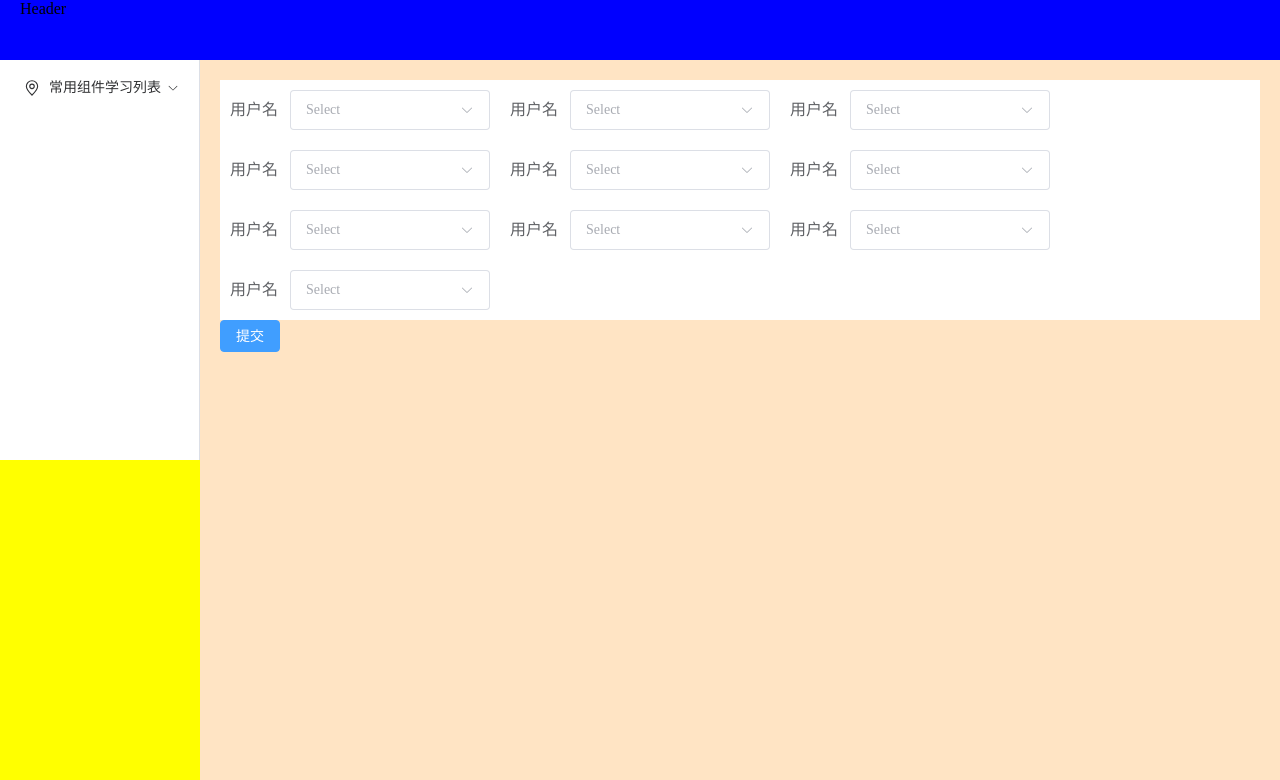
Repository: 553559555/vue3-project
Page: /#/home (app in vue3-app/)
The author's editor kept a copy of each file at every save. The page is drawn from the files as they stood at one save, then again after the next save.
The browser window is 1280 px wide. The pictures show the whole page.
The project was rebuilt for these pictures with package versions that can differ from the ones it lists, and the page was loaded fresh each time. Also part of the build but not shown: vue3-app/vite.config.ts.

Above is the page before, as saved 2025-03-24 10:20:27.

### vue3-app/src/main.ts
import { createApp } from 'vue'
import ElementPlus from 'element-plus'
import 'element-plus/dist/index.css'
import router from './router'
import pinia from './stores'
import './style.css'
import App from './App.vue'

const app = createApp(App)
app.use(ElementPlus)
app.use(router)
app.use(pinia)

app.mount('#app')

### vue3-app/src/router/index.ts
import { createRouter, createWebHashHistory, createWebHistory } from 'vue-router'
import type { RouteRecordRaw } from 'vue-router'

const routes: Array<RouteRecordRaw> = [
  {
    path: '/',
    name: 'Login',
    component: () => import('../views/login.vue')
  },
  {
    path: '/index',
    name: 'index',
    component: () => import('../views/index.vue'),
    children: [
      {
        path: '/home',
        name: 'Home',
        component: () => import('../views/Home.vue')
      },
      {
        path: '/about',
        name: 'About',
        component: () => import('../views/About.vue')
      }
    ]
  }

]

const router = createRouter({
  history: createWebHashHistory(),
  routes
})

export default router

### vue3-app/src/stores/index.ts
import { createPinia } from 'pinia'

const pinia = createPinia()

export default pinia

### vue3-app/src/style.css
/* CSS 重置 */
* {
  margin: 0;
  padding: 0;
  box-sizing: border-box;
}

### vue3-app/src/App.vue
<script setup lang="ts">
import { RouterView } from 'vue-router'
</script>

<template>
    <router-view />
</template>

### vue3-app/src/views/index.vue
<template>
    <el-container class="container">
        <el-header>Header</el-header>
        <el-container>
            <el-aside width="200px">
                <home-left/>
            </el-aside>
            <el-main>
                <router-view>
                </router-view>
            </el-main>
        </el-container>
    </el-container>
</template>

<script setup>

import { RouterView } from 'vue-router'
import HomeLeft from './components/home-left.vue'

</script>



<style scoped lang="scss">

.container {
    width: 100vw;
    height: 100vh;

    .el-header {
        background-color: blue;
    }

    .el-container {
        background-color: aqua;

        .el-aside {
            background-color: yellow;
        }

        .el-main {
            background-color: bisque;
        }

    }

}

</style>

### vue3-app/src/views/Home.vue
<template>
  <div class="home">
    <el-form-item label="用户名" class="item-container">
      <el-select class="m-2" size="large" v-model="checkList" placeholder="Select" multiple @change="handleChange">
        <el-option-group v-for="items in selectList" :label="items.label" :key="items.label">
          <el-option v-for="item in items.options" :label="item.label" :key="item.label"
            :value="item.value"></el-option>
        </el-option-group>

      </el-select>
    </el-form-item>

    <el-form-item label="用户名" class="item-container">
      <el-select class="m-2" size="large" v-model="checkList" placeholder="Select" multiple @change="handleChange">
        <el-option-group v-for="items in selectList" :label="items.label" :key="items.label">
          <el-option v-for="item in items.options" :label="item.label" :key="item.label"
            :value="item.value"></el-option>
        </el-option-group>

      </el-select>
    </el-form-item>

    <el-form-item label="用户名" class="item-container">
      <el-select class="m-2" size="large" v-model="checkList" placeholder="Select" multiple @change="handleChange">
        <el-option-group v-for="items in selectList" :label="items.label" :key="items.label">
          <el-option v-for="item in items.options" :label="item.label" :key="item.label"
            :value="item.value"></el-option>
        </el-option-group>

      </el-select>
    </el-form-item>

    <el-form-item label="用户名" class="item-container">
      <el-select class="m-2" size="large" v-model="checkList" placeholder="Select" multiple @change="handleChange">
        <el-option-group v-for="items in selectList" :label="items.label" :key="items.label">
          <el-option v-for="item in items.options" :label="item.label" :key="item.label"
            :value="item.value"></el-option>
        </el-option-group>

      </el-select>
    </el-form-item>

    <el-form-item label="用户名" class="item-container">
      <el-select class="m-2" size="large" v-model="checkList" placeholder="Select" multiple @change="handleChange">
        <el-option-group v-for="items in selectList" :label="items.label" :key="items.label">
          <el-option v-for="item in items.options" :label="item.label" :key="item.label"
            :value="item.value"></el-option>
        </el-option-group>

      </el-select>
    </el-form-item>

    <el-form-item label="用户名" class="item-container">
      <el-select class="m-2" size="large" v-model="checkList" placeholder="Select" multiple @change="handleChange">
        <el-option-group v-for="items in selectList" :label="items.label" :key="items.label">
          <el-option v-for="item in items.options" :label="item.label" :key="item.label"
            :value="item.value"></el-option>
        </el-option-group>

      </el-select>
    </el-form-item>

    <el-form-item label="用户名" class="item-container">
      <el-select class="m-2" size="large" v-model="checkList" placeholder="Select" multiple @change="handleChange">
        <el-option-group v-for="items in selectList" :label="items.label" :key="items.label">
          <el-option v-for="item in items.options" :label="item.label" :key="item.label"
            :value="item.value"></el-option>
        </el-option-group>

      </el-select>
    </el-form-item>

    <el-form-item label="用户名" class="item-container">
      <el-select class="m-2" size="large" v-model="checkList" placeholder="Select" multiple @change="handleChange">
        <el-option-group v-for="items in selectList" :label="items.label" :key="items.label">
          <el-option v-for="item in items.options" :label="item.label" :key="item.label"
            :value="item.value"></el-option>
        </el-option-group>

      </el-select>
    </el-form-item>

    <el-form-item label="用户名" class="item-container">
      <el-select class="m-2" size="large" v-model="checkList" placeholder="Select" multiple @change="handleChange">
        <el-option-group v-for="items in selectList" :label="items.label" :key="items.label">
          <el-option v-for="item in items.options" :label="item.label" :key="item.label"
            :value="item.value"></el-option>
        </el-option-group>

      </el-select>
    </el-form-item>


    <el-form-item label="用户名" class="item-container">
      <el-select class="m-2" size="large" v-model="checkList" placeholder="Select" multiple @change="handleChange">
        <el-option-group v-for="items in selectList" :label="items.label" :key="items.label">
          <el-option v-for="item in items.options" :label="item.label" :key="item.label"
            :value="item.value"></el-option>
        </el-option-group>

      </el-select>
    </el-form-item>


  </div>
  <el-button type="primary" @click="handleSubmit">提交</el-button>
</template>

<script lang="ts" setup>
import { reactive } from "vue";
import { ref } from "vue";

const checkList = ref([]);

const selectList = reactive([
  {
    label: "第一组",
    value: "第一组",
    options: [
      {
        label: "选项1",
        value: "选项1",
      },
      {
        label: "选项2",
        value: "选项2",
      },
    ],
  },
  {
    label: "第二组",
    value: "第二组",
    options: [
      {
        label: "选项3",
        value: "选项3",
      },
      {
        label: "选项4",
        value: "选项4",
      },
    ],
  },
]);

const handleChange = (val: any) => {
  console.log(val);
};

const handleSubmit = () => {
  console.log(checkList.value);
};
</script>

<style scoped lang="scss">
.home {
  background-color: #fff;
  display: flex;
  flex-wrap: wrap;

  .item-container {

    display: flex;
    align-items: center;
    margin: 10px;
    height: 40px;

    .m-2 {
      min-width: 200px;
    }
  }

}
</style>

### vue3-app/src/views/components/home-left.vue
<template>
    <div class="container">
        <el-menu default-active="2" class="el-menu-vertical-demo" @open="handleOpen" @close="handleClose"
            @select="handleSelect">
            <el-sub-menu v-for="(items, index) in listData" :index="items.name" :key="index">
                <template #title>
                    <el-icon>
                        <location />
                    </el-icon>
                    <span>{{ items.name }}</span>
                </template>
                <el-menu-item v-for="(item, index) in items.children" :index="item.name">
                    <el-icon>
                        <location />
                    </el-icon>
                    <span>{{ item.name }}</span>
                </el-menu-item>
            </el-sub-menu>
        </el-menu>
    </div>
</template>

<script setup>
import { Location } from "@element-plus/icons-vue";

import { reactive, ref } from "vue";
const listData = reactive([
    {
        name: "常用组件学习列表",
        children: [
            {
                name: 'button'
            },
            {
                name: 'input'
            }
        ],
    },
]);
const isCollapse = ref(true);
const handleOpen = (key, keyPath) => {
    console.log(key, keyPath);
};
const handleClose = (key, keyPath) => {
    console.log(key, keyPath);
};

const handleSelect = (key, keyPath) => {
    console.log(key, keyPath);
};
</script>

<style scoped lang="scss">
.container {
    height: 100%;
    width: 100%;

    .el-menu-vertical-demo:not(.el-menu--collapse) {
        width: 200px;
        min-height: 400px;
    }
}
</style>

Loaded but not shown: vue3-app/index.html (common file)

After the next save:
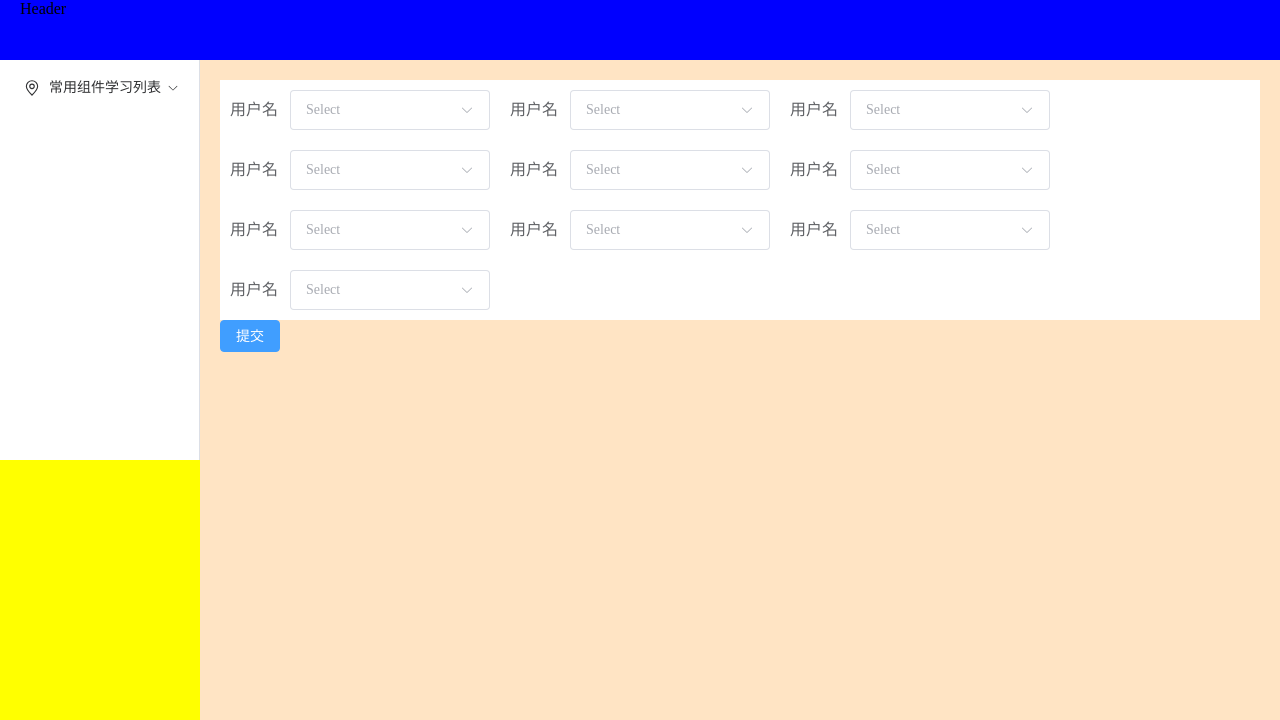
Saved 49 s later.
--- a/vue3-app/src/views/components/home-left.vue
+++ b/vue3-app/src/views/components/home-left.vue
@@ -1,5 +1,5 @@
 <template>
-    <div class="container">
+    <div class="home-left-container">
         <el-menu default-active="2" class="el-menu-vertical-demo" @open="handleOpen" @close="handleClose"
             @select="handleSelect">
             <el-sub-menu v-for="(items, index) in listData" :index="items.name" :key="index">
@@ -9,7 +9,7 @@
                     </el-icon>
                     <span>{{ items.name }}</span>
                 </template>
-                <el-menu-item v-for="(item, index) in items.children" :index="item.name">
+                <el-menu-item v-for="(item, index) in items.children" :index="item.name" :key="index">
                     <el-icon>
                         <location />
                     </el-icon>
@@ -51,7 +51,7 @@ const handleSelect = (key, keyPath) => {
 </script>
 
 <style scoped lang="scss">
-.container {
+.home-left-container {
     height: 100%;
     width: 100%;
 
